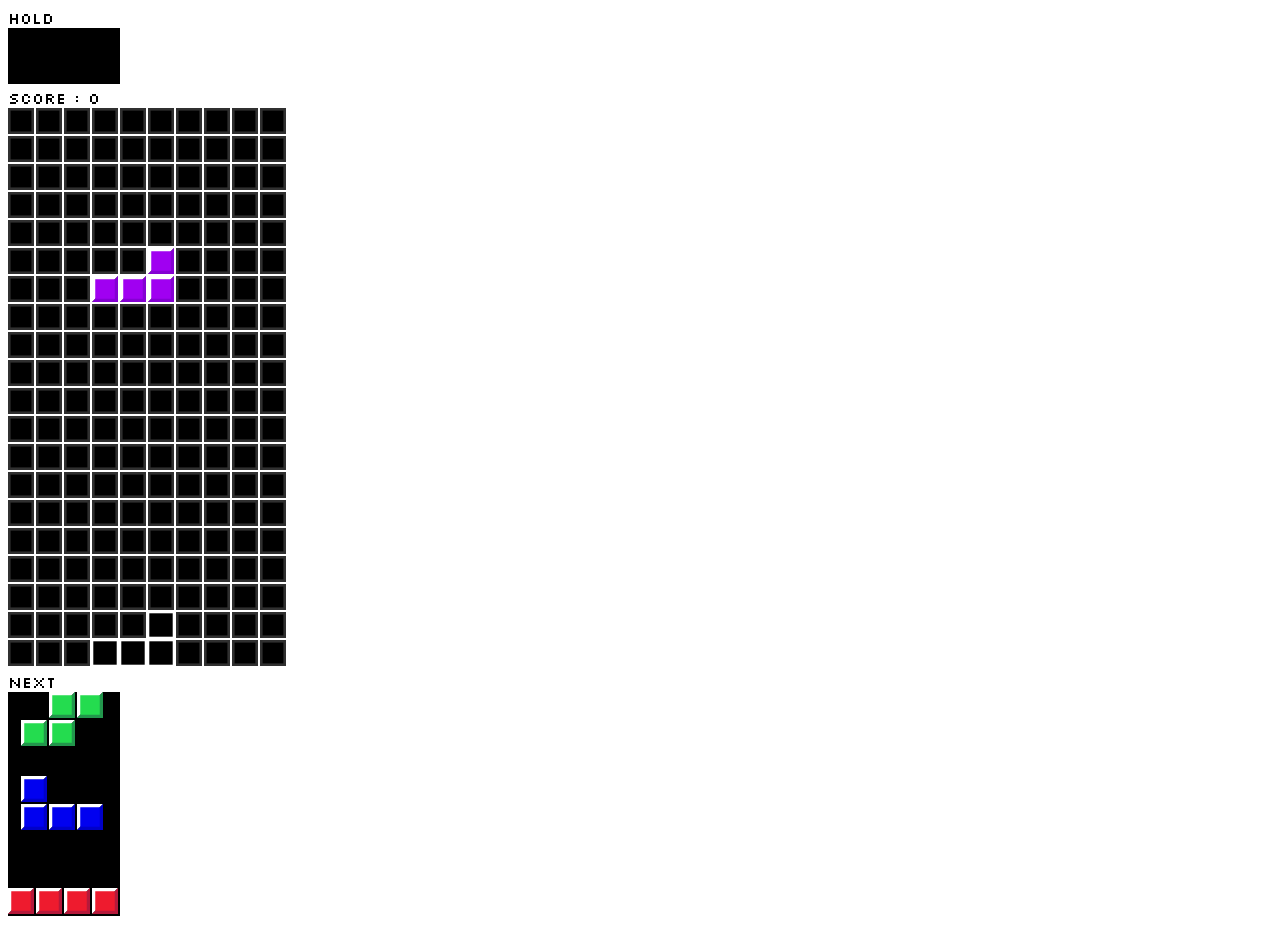
Repository: powidev/Epik-Tetris
Page: index.html
These files come from the project's save history. The page is drawn as it stood at one moment and after a run of saves; the edit follows.
The browser window is 1280 px wide. The pictures show the whole page.

Above is the page before, as saved 2025-05-20 17:12:19.

After the next 2 saves:
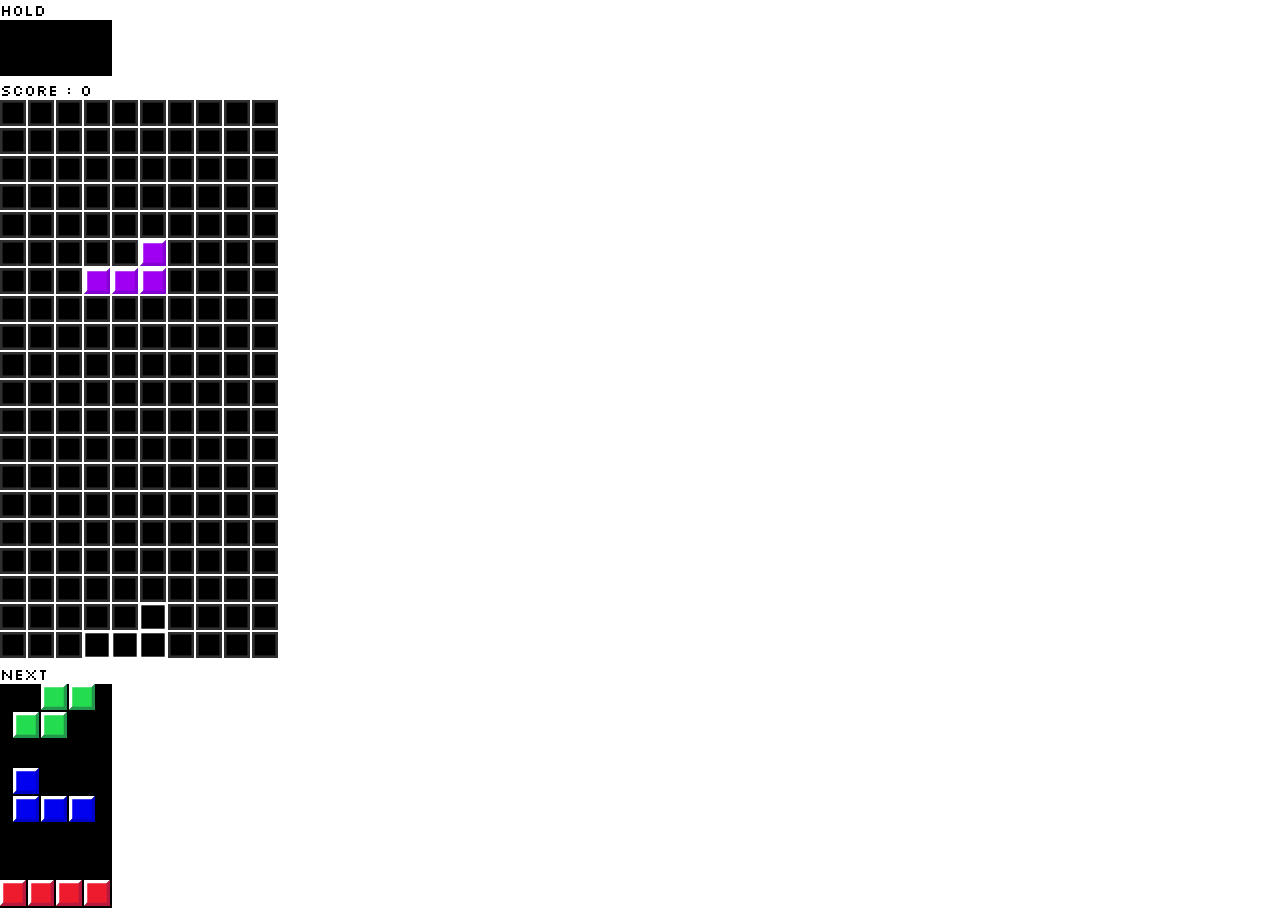
The 2 saves are shown as one change because they came seconds apart.
The last was saved 6 s later.
--- a/style.css
+++ b/style.css
@@ -2,5 +2,7 @@
 *{
   font-family: "Silkscreen", sans-serif;
   font-weight: 400;
-  box-sizing: ;
+  box-sizing: border-box;
+  margin: 0;
+  padding: 0;
 }
